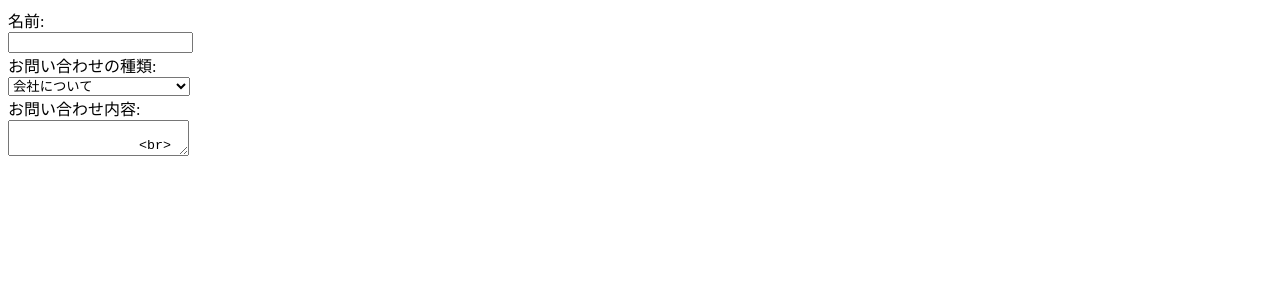
Repository: tatsuya-0/test
Page: http://localhost/HelloServlet/inquiry.jsp
An editor plug-in stored every save of this project. The page is shown before and after the next save, followed by the edit.
The browser window is 1280 px wide. The pictures show the whole page.
The page is served by Tomcat 9.

Above is the page before, as saved 2018-03-01 07:59:47.

After the next save:
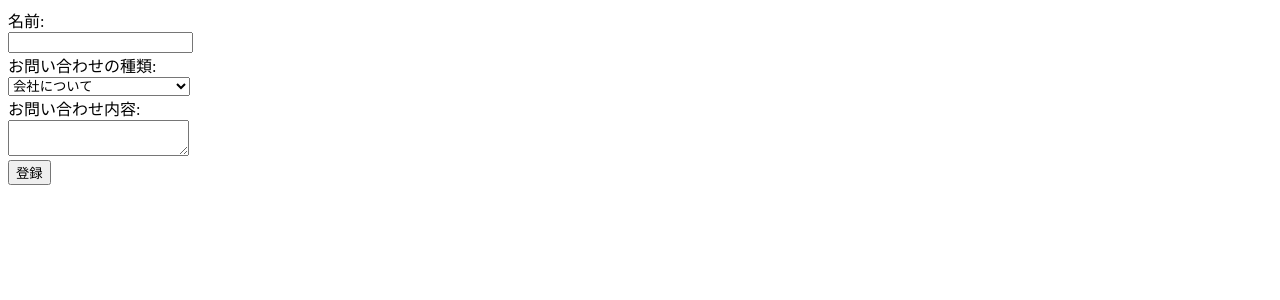
Saved 16 s later.
--- a/HelloServlet/WebContent/inquiry.jsp
+++ b/HelloServlet/WebContent/inquiry.jsp
@@ -14,7 +14,7 @@
 			<option value="product">製品について</option>
 			<option value="support">アフターサポートについて</option>
 		</select><br>お問い合わせ内容:<br>
-		<textarea name="body" />
+		<textarea name="body" ></textarea>
 
 		<br> <input type="submit" value="登録">
 	</form>
